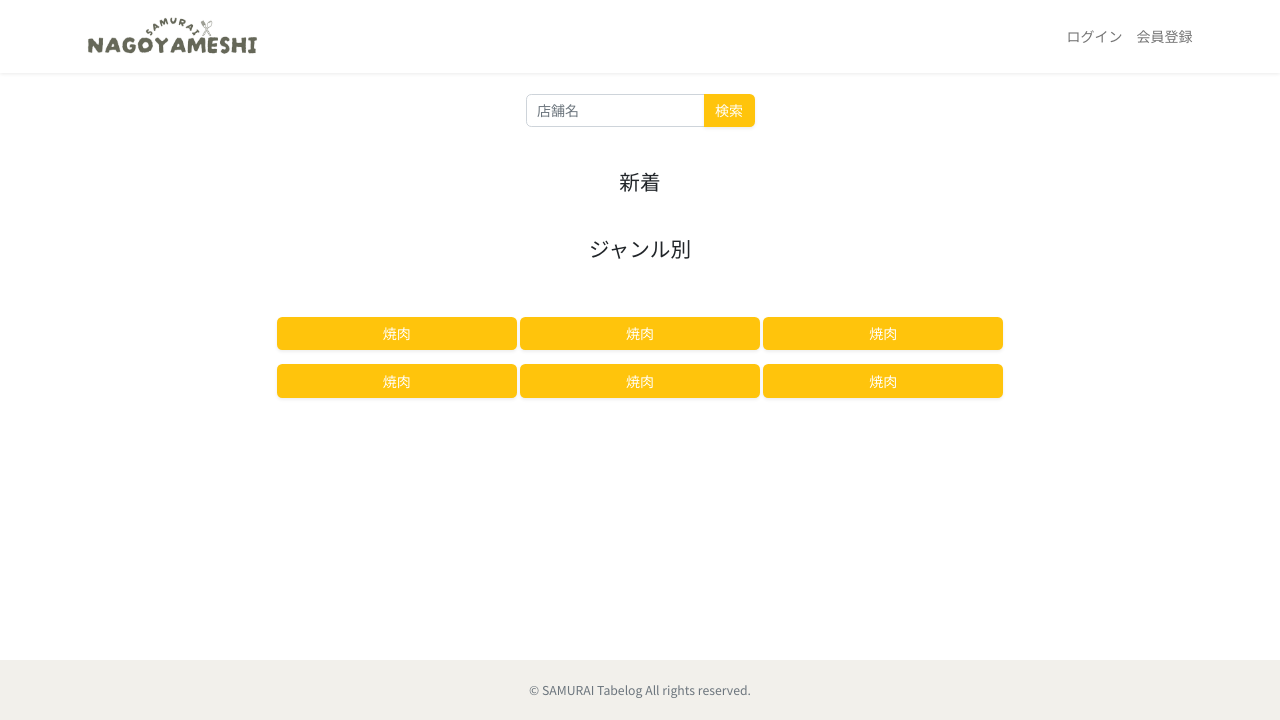
Repository: Mofu-Ya/springboot-tabelog-kadai
Page: http://localhost/index
An editor plug-in stored every save of this project. The page is shown before and after the next save, followed by the edit.
The browser window is 1280 px wide. The pictures show the whole page.
The page is this project's Thymeleaf template; nobody is signed in. The template is opened directly, without the code that normally fills it, so the values that code supplies are empty.

Above is the page before, as saved 2025-01-18 02:07:19.

### kadai_002/samuraitabelog/src/main/resources/templates/index.html
<!DOCTYPE html>
<html xmlns:th="https://www.thymeleaf.org" xmlns:sec="http://www.thymeleaf.org/extras/spring-security">
	<head>
		<div th:replace="~{fragment :: meta}"></div>
        <div th:replace="~{fragment :: styles}"></div>

		<title>SAMURAI tabelog</title>
	</head>
	<body>
		<div class="samuraitabelog-wrapper">
             <!-- ヘッダー -->
             <div th:replace="~{fragment :: header}"></div>

             <main>
                 <div class="container pt-4 pb-5 samuraitabelog-container">
                     <div th:if="${param.loggedIn}" class="alert alert-info">
                         ログインしました。
                     </div>

                     <div th:if="${param.loggedOut}" class="alert alert-info">
                         ログアウトしました。
                     </div>

                     <div th:if="${successMessage}" class="alert alert-info">
						 <span th:text="${successMessage}"></span>
                     </div>

                     <div th:if="${errorMessage}" class="alert alert-info">
						 <span th:text="${errorMessage}"></span>
                     </div>

                     <div class="d-flex justify-content-center">
                         <form method="get" th:action="@{/restaurants}" class="mb-5 samuraitabelog-search-form">
                             <div class="input-group">
                                 <input type="text" class="form-control" name="keyword" th:value="${keyword}" placeholder="店舗名">
                                 <button type="submit" class="btn text-white shadow-sm samuraitabelog-btn">検索</button>
                             </div>
                         </form>
                     </div>

                     <h2 class="text-center mb-3">新着</h2>
                     <div class="row row-cols-lg-5 row-cols-2 g-3 mb-5">
                         <div class="col" th:each="newRestaurant : ${newRestaurants}">
                             <a th:href="@{/restaurants/__${newRestaurant.getId()}__}" class="link-dark samuraitabelog-card-link">
                                 <div class="card h-100">
                                     <img th:if="${newRestaurant.getImageName()}" th:src="@{/storage/__${newRestaurant.getImageName()}__}" class="card-img-top samuraitabelog-vertical-card-image" alt="店舗画像">
                                     <img th:unless="${newRestaurant.getImageName()}" th:src="@{/images/noImage.png}" class="card-img-top samuraitabelog-vertical-card-image" alt="NO IMAGE">
                                     <div class="card-body">
                                         <h3 class="card-title" th:text="${newRestaurant.getName()}"></h3>
                                         <p class="card-text mb-1">
                                             <small class="text-muted" th:text="${newRestaurant.getAddress()}"></small>
                                         </p>
                                         <p class="card-text">
                                             <span th:text="${#numbers.formatInteger(newRestaurant.getLowestPrice(), 1, 'COMMA') + '円 / 泊'}"></span>
                                         </p>
                                     </div>
                                 </div>
                             </a>
                         </div>
                     </div>

                     <h2 class="text-center mb-3">ジャンル別</h2>
<!--                     <div class="col col-lg-10 col-10 mb-3 justify-content-center">-->

						 <div class="row mb-3">
							 <div class="col g-5 text-center">
							<a class="btn text-white shadow-sm category-btn samuraitabelog-btn" th:href="@{/restaurants}">焼肉</a>
						 	<a class="btn text-white shadow-sm category-btn samuraitabelog-btn" th:href="@{/restaurants}">焼肉</a>
						 	<a class="btn text-white shadow-sm category-btn samuraitabelog-btn" th:href="@{/restaurants}">焼肉</a>
						 	</div>
						 </div>
						 <div class="row mb-3">
							<div class="col text-center">
							<a class="btn text-white shadow-sm  shadow-sm category-btn samuraitabelog-btn" th:href="@{/restaurants}">焼肉</a>
						 	<a class="btn text-white shadow-sm shadow-sm category-btn samuraitabelog-btn" th:href="@{/restaurants}">焼肉</a>
						 	<a class="btn text-white shadow-sm shadow-sm category-btn samuraitabelog-btn" th:href="@{/restaurants}">焼肉</a>
						 	</div>
						 </div>

<!--                     </div>-->


                 </div>
             </main>

             <!-- フッター -->
             <div th:replace="~{fragment :: footer}"></div>
         </div>

    	<div th:replace="~{fragment :: scripts}"></div>
	</body>
</html>

### kadai_002/samuraitabelog/src/main/resources/templates/fragment.html
<!DOCTYPE html>
	<html xmlns:th="https://www.thymeleaf.org" xmlns:sec="http://www.thymeleaf.org/extras/spring-security">
    <head>
        <!-- meta要素の部品化 -->
        <div th:fragment="meta" th:remove="tag">
            <meta charset="UTF-8">
            <meta name="viewport" content="width=device-width, initial-scale=1">
        </div>

        <!-- link要素の部品化 -->
        <div th:fragment="styles" th:remove="tag">
            <!-- Bootstrap -->
            <link href="https://cdn.jsdelivr.net/npm/bootstrap@5.2.3/dist/css/bootstrap.min.css" rel="stylesheet" integrity="sha384-rbsA2VBKQhggwzxH7pPCaAqO46MgnOM80zW1RWuH61DGLwZJEdK2Kadq2F9CUG65" crossorigin="anonymous">

            <!-- Google Fonts -->
            <link rel="preconnect" href="https://fonts.googleapis.com">
            <link rel="preconnect" href="https://fonts.gstatic.com" crossorigin>
            <link href="https://fonts.googleapis.com/css2?family=Noto+Sans+JP:wght@400;500&display=swap" rel="stylesheet">

            <link th:href="@{/css/style.css}" rel="stylesheet" >
        </div>

        <title>部品化用のHTMLファイル</title>
    </head>
    <body>
		<!-- ヘッダーの部品化 -->
        <div th:fragment="header" th:remove="tag">
            <nav class="navbar navbar-expand-md navbar-light bg-white shadow-sm samuraitabelog-navbar">
                <div class="container samuraitabelog-container">
                    <a class="navbar-brand" th:href="@{/}">
                        <img class="samuraitabelog-logo me-1" th:src="@{/images/logo.png}" alt="NAGOYAMESHI">
                    </a>

                    <button class="navbar-toggler" type="button" data-bs-toggle="collapse" data-bs-target="#navbarSupportedContent" aria-controls="navbarSupportedContent" aria-expanded="false" aria-label="Toggle navigation">
                         <span class="navbar-toggler-icon"></span>
                     </button>

                     <div class="collapse navbar-collapse" id="navbarSupportedContent">
                         <ul class="navbar-nav ms-auto">
                             <!-- 未ログインであれば表示する -->
                             <li class="nav-item" sec:authorize="isAnonymous()">
                                 <a class="nav-link" th:href="@{/login}">ログイン</a>
                             </li>
                             <li class="nav-item" sec:authorize="isAnonymous()">
                                 <a class="nav-link" th:href="@{/signup}">会員登録</a>
                             </li>

                             <!-- ログイン済みの無料会員であれば表示する -->
                             <li class="nav-item dropdown" sec:authorize="hasRole('GENERAL_FREE')">
                                 <a id="navbarDropdownGeneral" class="nav-link dropdown-toggle" href="#" role="button" data-bs-toggle="dropdown" aria-haspopup="true" aria-expanded="false" v-pre>
                                     <span sec:authentication="principal.user.name"></span>
                                 </a>

                                 <div class="dropdown-menu dropdown-menu-end" aria-labelledby="navbarDropdownGeneral">
                                     <a class="dropdown-item samuraitabelog-dropdown-item" th:href="@{/user}">会員情報</a>

                                     <div class="dropdown-divider"></div>

                                     <a class="dropdown-item samuraitabelog-dropdown-item" th:href="@{/logout}" onclick="event.preventDefault(); document.getElementById('logout-form').submit();">
                                         ログアウト
                                     </a>
                                     <form class="d-none" id="logout-form" th:action="@{/logout}" method="post"></form>
                                 </div>
                             </li>

                             <!-- ログイン済みの有料会員であれば表示する -->
                             <li class="nav-item dropdown" sec:authorize="hasAnyRole('GENERAL_PAID', 'OWNER_ADMIN')">
                                 <a id="navbarDropdownGeneral" class="nav-link dropdown-toggle" href="#" role="button" data-bs-toggle="dropdown" aria-haspopup="true" aria-expanded="false" v-pre>
                                     <span sec:authentication="principal.user.name"></span>
                                 </a>

                                 <div class="dropdown-menu dropdown-menu-end" aria-labelledby="navbarDropdownGeneral">
                                     <a class="dropdown-item samuraitabelog-dropdown-item" th:href="@{/user}">会員情報</a>
                                     <a class="dropdown-item samuraitabelog-dropdown-item" th:href="@{/reservations}">予約一覧</a>

                                     <div class="dropdown-divider"></div>

                                     <a class="dropdown-item samuraitabelog-dropdown-item" th:href="@{/logout}" onclick="event.preventDefault(); document.getElementById('logout-form').submit();">
                                         ログアウト
                                     </a>
                                     <form class="d-none" id="logout-form" th:action="@{/logout}" method="post"></form>
                                 </div>
                             </li>

                             <!-- 管理者であれば表示する -->
                             <li class="nav-item dropdown" sec:authorize="hasRole('ADMIN')">
                                 <a id="navbarDropdownAdmin" class="nav-link dropdown-toggle" href="#" role="button" data-bs-toggle="dropdown" aria-haspopup="true" aria-expanded="false" v-pre>
                                     管理者メニュー
                                 </a>

                                 <div class="dropdown-menu dropdown-menu-end" aria-labelledby="navbarDropdownAdmin">
									 <a class="dropdown-item samuraitabelog-dropdown-item" th:href="@{/user}">会員情報</a>
									 <a class="dropdown-item samuraitabelog-dropdown-item" th:href="@{/admin/users}">会員一覧</a>
                                     <a class="dropdown-item samuraitabelog-dropdown-item" th:href="@{/admin/restaurants}">飲食店一覧</a>

                                     <div class="dropdown-divider"></div>

                                     <a class="dropdown-item samuraitabelog-dropdown-item" th:href="@{/logout}" onclick="event.preventDefault(); document.getElementById('logout-form').submit();">
                                         ログアウト
                                     </a>
                                     <form class="d-none" id="logout-form" th:action="@{/logout}" method="post"></form>
                                 </div>
                             </li>
                         </ul>
                     </div>
                </div>
            </nav>
        </div>

		<!-- フッターの部品化 -->
        <div th:fragment="footer" th:remove="tag">
            <footer>
                <div class="d-flex justify-content-center align-items-center h-100">
                    <p class="text-center text-muted small mb-0">&copy; SAMURAI Tabelog All rights reserved.</p>
                </div>
            </footer>
        </div>

        <!-- script要素の部品化 -->
        <div th:fragment="scripts" th:remove="tag">
            <!-- Bootstrap -->
            <script src="https://cdn.jsdelivr.net/npm/bootstrap@5.2.3/dist/js/bootstrap.bundle.min.js" integrity="sha384-kenU1KFdBIe4zVF0s0G1M5b4hcpxyD9F7jL+jjXkk+Q2h455rYXK/7HAuoJl+0I4" crossorigin="anonymous"></script>
        </div>
    </body>
</html>

### kadai_002/samuraitabelog/src/main/resources/static/css/style.css
html {
  font-size: 14px;
}

body {
  font-family: 'Noto Sans JP', sans-serif;
}

h1 {
  font-size: 1.5rem;
}

h2 {
  	font-size: 1.475rem;
}

h3 {
	font-size: 1.25rem;
}

a {
/*  color: #5196a6;*/
  color: #005133;
  text-decoration: none !important;
}

a:hover {
    color: #407784;
}

footer {
  width: 100%;
  height: 60px;
  position: absolute;
  bottom: 0;
  background-color: #f2f0eb;
}

.samuraitabelog-wrapper {
  min-height: 100vh;
  position: relative;
  padding-bottom: 60px;
  box-sizing: border-box;
}

.samuraitabelog-navbar {
  min-height: 60px;
}

.samuraitabelog-logo {
  height: 50px;
}


.samuraitabelog-btn {
/*  background-color: #5196a6 !important;   */
  background-color: #FFC40C !important;
  transition: 0.1s;
}

.samuraitabelog-btn:hover {
  opacity: 0.8;
}

.samuraitabelog-page-link {
/*  color: #5196a6;*/
  color: #FFC40C;;
}

.samuraitabelog-page-link:hover {
  color: #407784;
}

.samuraitabelog-active {
/*  background-color: #5196a6 !important;*/
/*  border-color: #5196a6 !important;*/
  background-color: #FFC40C !important;
  border-color: #FFC40C !important;
}

.samuraitabelog-pre-wrap {
	/* 改行文字で行を折り返す */
	white-space: pre-wrap;
}

.samuraitabelog-link-danger {
     color: #f2594b;
 }

 .samuraitabelog-link-danger:hover {
     color: #a63c3c;
 }

 .samuraitabelog-btn-danger {
     background-color: #f2594b !important;
     transition: 0.1s;
 }

 .samuraitabelog-btn-danger:hover {
   opacity: 0.8;
 }

.samuraitabelog-dropdown-item:active {
   background-color: #5196a6;
 }

.samuraitabelog-card-link {
	transition: 0.3s;
}

.samuraitabelog-card-link:hover {
	opacity: 0.7;
}

.samuraitabelog-horizontal-card-image {
	width: 100%;
	height: 240px;
	object-fit: cover;
}

.samuraitabelog-sort-box {
   width: 150px;
 }

.samuraitabelog-vertical-card-image {
   width: 100%;
   height: 150px;
   object-fit: cover;
}

 .samuraitabelog-search-form {
     max-width: 300px;
 }

 .samuraitabelog-timepicker-form {
     height: 34px;
/*     border-color: lightgrey;*/
     border: 1px solid lightgrey;
     border-radius: 4px;
     padding: 10px;
 }

 /* ベースのFlatpickrスタイルをカスタマイズ */
.flatpickr-time {
    display: flex;
    justify-content: center;
    align-items: center;
    gap: 5px;
/*    font-family: 'Arial', sans-serif;*/
    font-family: 'Noto Sans JP', sans-serif;
    background-color: #f7f9fc;
/*    background-color:red;*/
    border-radius: 8px;
    padding: 10px;
/*    width: 200px;*/
    box-shadow: 0 4px 8px rgba(0, 0, 0, 0.1);
    overflow: hidden; /* 外枠を見切れさせない */
}

/* 不要な分・秒を非表示 */
.flatpickr-time .flatpickr-minute {
    display: none !important; /* 完全に非表示にする */
}

/*.flatpickr-time .flatpickr-minute .arrow {*/
/*    display: none !important;  完全に非表示にする */
/*}*/


/* 時間選択の各要素 */
.flatpickr-time .flatpickr-hour　{
    width: 70px;
    height: 40px;
    overflow: hidden;
    border-radius: 5px;
    border: 1px solid #ccc;
/*    border: 1px solid red;*/
    background-color: white;
    text-align: center;
    font-size: 1.2rem;
/*    font-weight: bold;*/
    line-height: 40px;
    color: #333;
    cursor: pointer;
    user-select: none;
    transition: all 0.2s ease-in-out;
}

/* 選択中の要素 */
.flatpickr-time .flatpickr-hour:hover,
.flatpickr-time .flatpickr-minute:hover,
.flatpickr-time .flatpickr-second:hover,
.flatpickr-time .flatpickr-am-pm:hover {
    background-color: #eaf3ff;
    color: #007bff;
    transform: scale(1.1);
}

/* ドラムロールのエフェクト風 */
.flatpickr-time .flatpickr-hour,
.flatpickr-time .flatpickr-minute,
.flatpickr-time .flatpickr-second {
    display: flex;
    flex-direction: column;
    align-items: center;
    justify-content: center;
    position: relative;
    height: auto;
}

/* 確認画面の Card のスタイル */
.confirm-card {
	width: 90%;
	max-width: 600px;
}

.confirm-card-body {
	padding: 20px;
}

.confirm-card-btn {
	width: 120px;
}

.complete-card-btn {
	width: 180px;
}

.category-btn {
	width: 240px;
}


.samuraitabelog-cancel-btn {
	color: #FFC40C !important;
	background-color: white !important;
	border: 1px solid #FFC40C;
  	transition: 0.1s;
}

.samuraitabelog-cancel-btn:hover {
	color:  #191C16 !important;
	background-color: #B4BBAB !important;
	border: 1px solid #FFC40C;
  	opacity: 0.6;
}

/*.flatpickr-time .flatpickr-hour:before,*/
/*.flatpickr-time .flatpickr-minute:before,*/
/*.flatpickr-time .flatpickr-second:before {*/
/*    content: "";*/
/*    position: absolute;*/
/*    top: 0;*/
/*    width: 100%;*/
/*    height: 50%;*/
/*    background: linear-gradient(to bottom, rgba(255, 255, 255, 0.9), rgba(255, 255, 255, 0));*/
/*    z-index: 1;*/
/*}*/

/*.flatpickr-time .flatpickr-hour:after,*/
/*.flatpickr-time .flatpickr-minute:after,*/
/*.flatpickr-time .flatpickr-second:after {*/
/*    content: "";*/
/*    position: absolute;*/
/*    bottom: 0;*/
/*    width: 100%;*/
/*    height: 50%;*/
/*    background: linear-gradient(to top, rgba(255, 255, 255, 0.9), rgba(255, 255, 255, 0));*/
/*    z-index: 1;*/
/*}*/


@media screen and (min-width: 1400px) {
  .samuraitabelog-container {
    max-width: 1200px;
  }
}

After the next save:
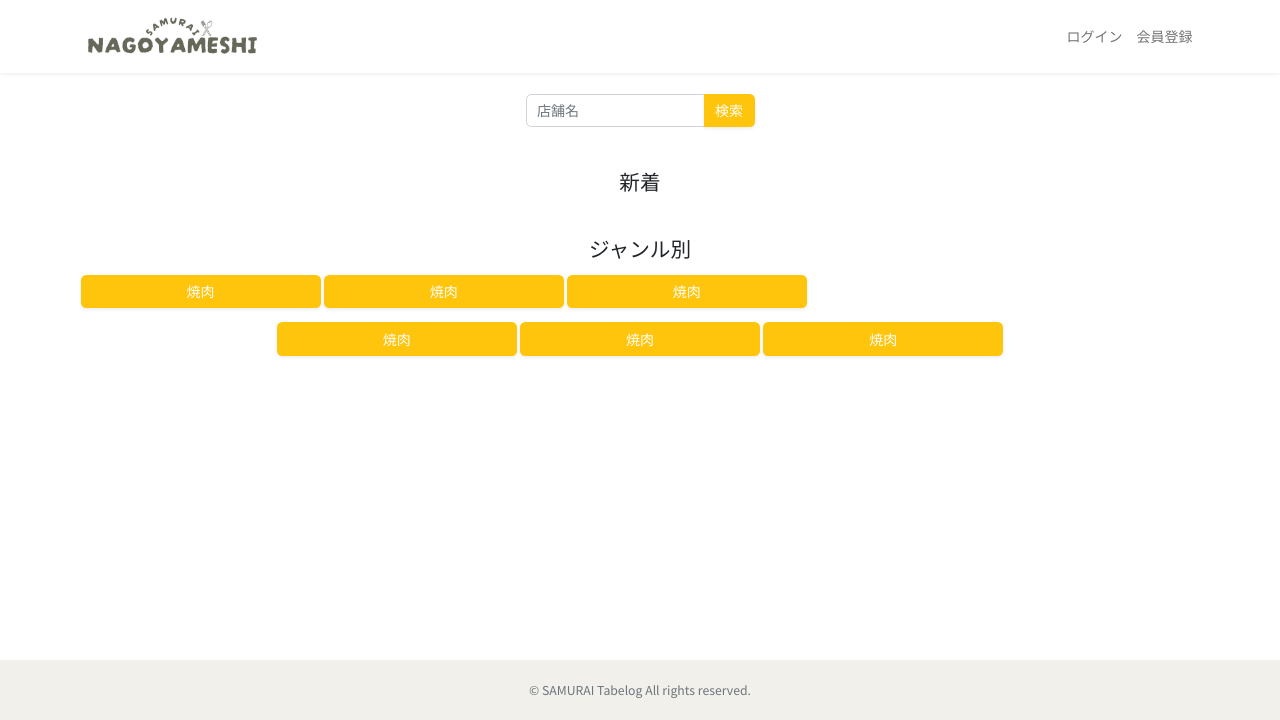
Saved 31 s later.
--- a/kadai_002/samuraitabelog/src/main/resources/templates/index.html
+++ b/kadai_002/samuraitabelog/src/main/resources/templates/index.html
@@ -63,7 +63,7 @@
 <!--                     <div class="col col-lg-10 col-10 mb-3 justify-content-center">-->
 
 						 <div class="row mb-3">
-							 <div class="col g-5 text-center">
+							 <div class="col ext-center">
 							<a class="btn text-white shadow-sm category-btn samuraitabelog-btn" th:href="@{/restaurants}">焼肉</a>
 						 	<a class="btn text-white shadow-sm category-btn samuraitabelog-btn" th:href="@{/restaurants}">焼肉</a>
 						 	<a class="btn text-white shadow-sm category-btn samuraitabelog-btn" th:href="@{/restaurants}">焼肉</a>
